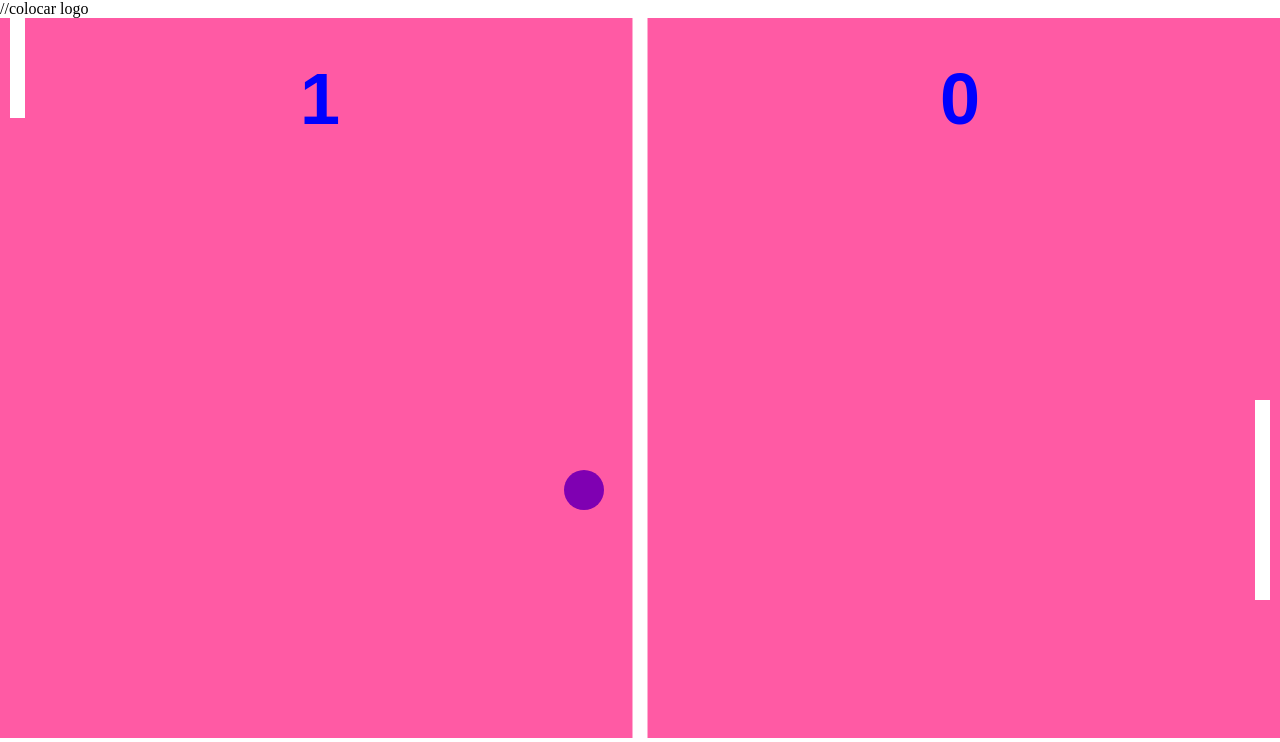
Repository: AkirahCarvalho/ping_pong
Page: index.html
These files come from the project's save history. The page is drawn as it stood at one moment and after the next save; the edit follows.
The browser window is 1280 px wide. The pictures show the whole page.

Above is the page before, as saved 2024-04-02 16:03:12.

After the next save:
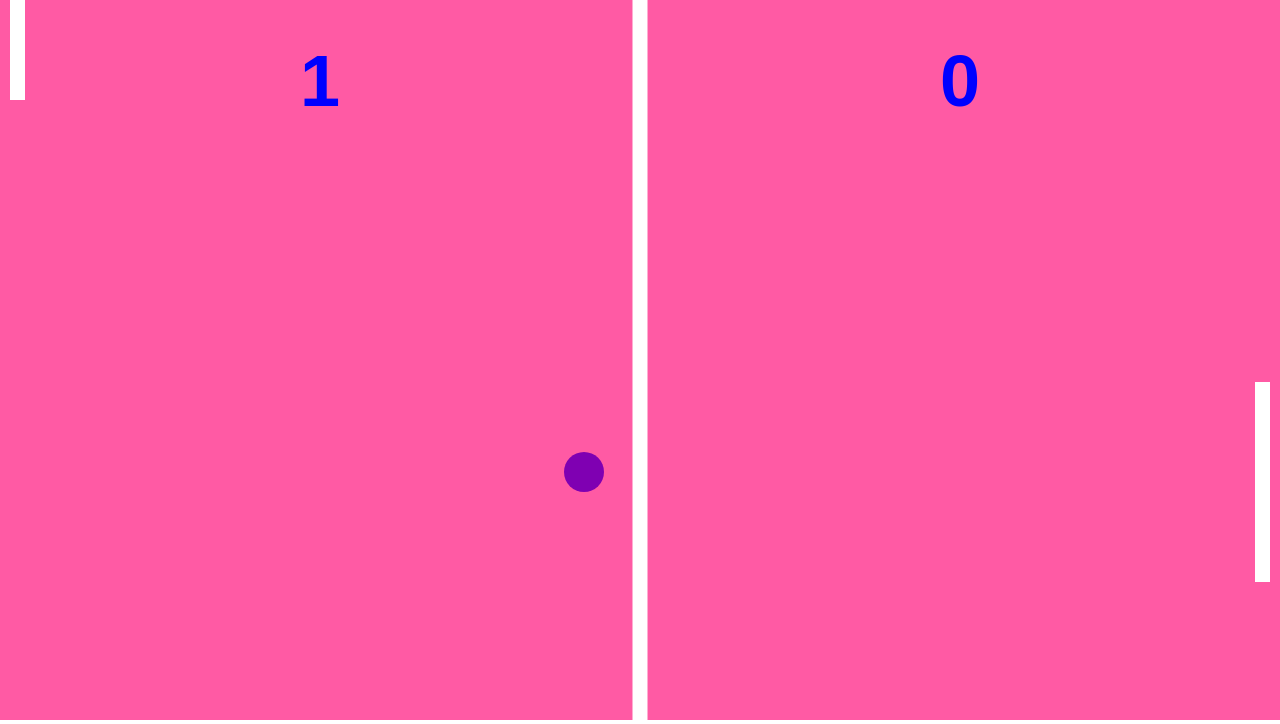
Saved 17 s later.
--- a/index.html
+++ b/index.html
@@ -1,6 +1,6 @@
 <!DOCTYPE html>
 <html lang="en">
-  <head>  //colocar logo
+  <head>
 
     <meta charset="UTF-8" />
     <meta http-equiv="X-UA-Compatible" content="IE=edge" />

After the 4 saves that followed:
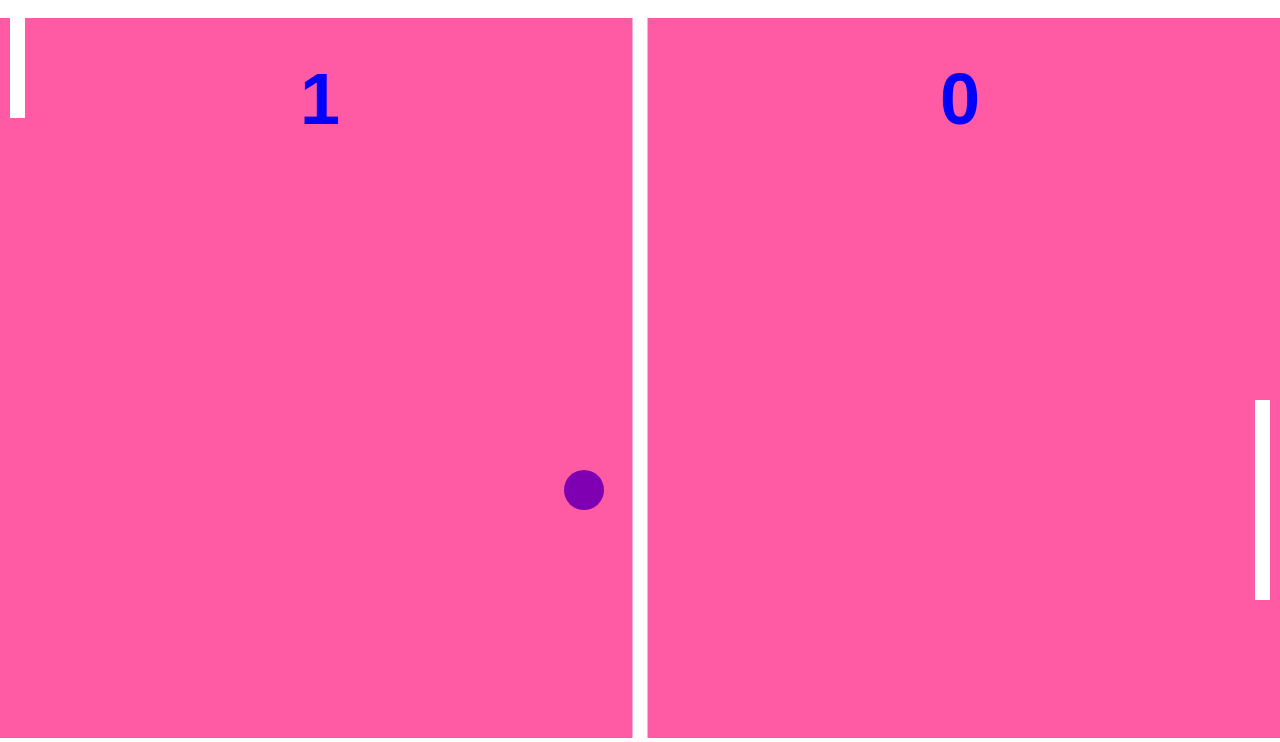
The 4 saves are shown as one change because 1 left the picture as it was and some came seconds apart.
The last was saved 8 min 21 s later.
--- a/index.html
+++ b/index.html
@@ -8,7 +8,7 @@
     <meta name="viewport" content="width=device-width, initial-scale=1.0" />
 
     <title>Jogo Ping-Pong</title>
-    <link rel="shortcut icon" type="imagex/png" href="https://png.pngtree.com/png-vector/20220609/ourmid/pngtree-table-tennis-rackets-with-balls-isolated-on-white-background-png-image_4833647.png">
+    <img src="" alt="">
     <!-- <link img src="https://png.pngtree.com/png-vector/20220609/ourmid/pngtree-table-tennis-rackets-with-balls-isolated-on-white-background-png-image_4833647.png" alt="raquete"> -->
     <style>
       * {
